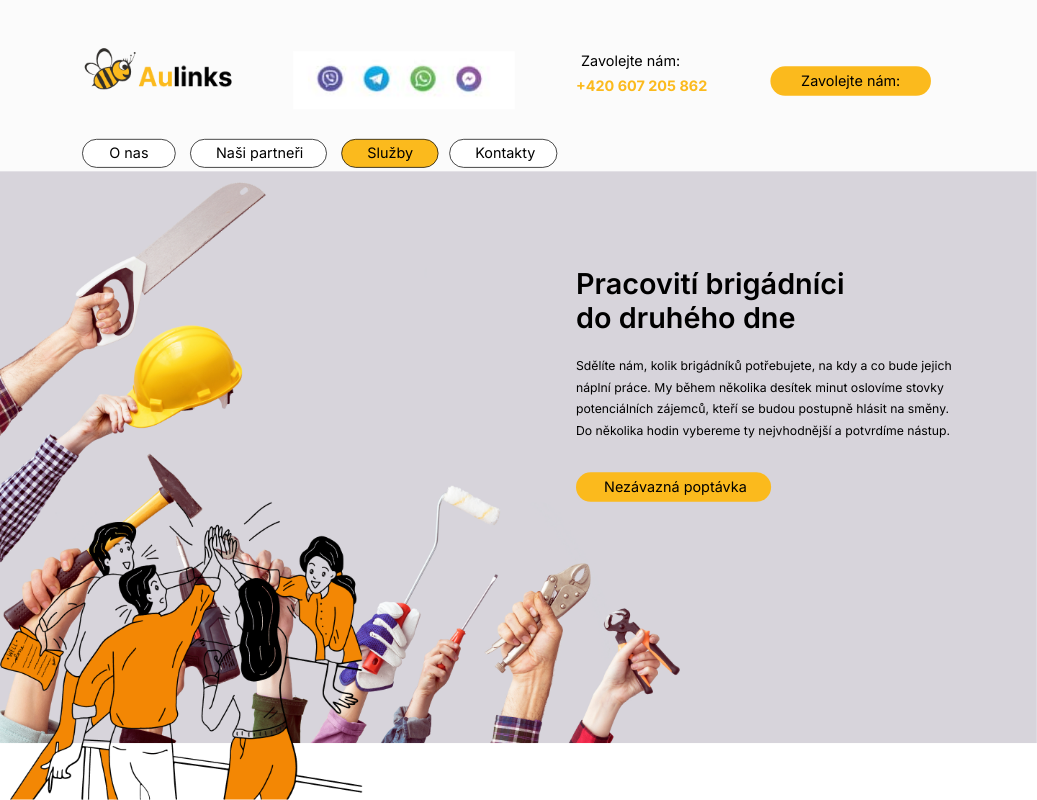
Repository: bilday08/bilday08.github.io
Page: page2.html
These files come from the project's save history. The page is drawn as it stood at one moment and after the next save; the edit follows.
The browser window is 1280 px wide. The page is 1440 px wide, so the pictures cover 1440 px, including what lies to the right of the window. The pictures show the whole page, at 72% of full size.

Above is the page before, as saved 2022-10-16 00:33:19.

### page2.html
<!DOCTYPE html>
<html>
<head>
    <meta charset= utf-8 />
    <meta http-equiv="X-UA-Compatible" content="IE=edge">
    <meta name="viewport" content="width=device-width, initial-scale=1.0">
    <link href="./reset.css" rel="stylesheet"/>
    <link href="./style2.css" rel="stylesheet"/>
    <link href="./responsive2.css" rel="stylesheet"/>
    <link
    rel="stylesheet"
    href="https://cdnjs.cloudflare.com/ajax/libs/font-awesome/6.2.0/css/all.min.css"
    integrity="sha512-xh6O/CkQoPOWDdYTDqeRdPCVd1SpvCA9XXcUnZS2FmJNp1coAFzvtCN9BmamE+4aHK8yyUHUSCcJHgXloTyT2A=="
    crossorigin="anonymous"
    referrerpolicy="no-referrer" />
    <title>aulinks2</title>
    <link rel="preconnect" href="https://fonts.googleapis.com">
    <link rel="preconnect" href="https://fonts.gstatic.com" crossorigin>
    <link href="https://fonts.googleapis.com/css2?family=Inter:wght@400;600;700;900&display=swap" rel="stylesheet">
    <link
    href="https://cdn.jsdelivr.net/npm/bootstrap@5.2.2/dist/css/bootstrap.min.css"
    rel="stylesheet"
    integrity="sha384-Zenh87qX5JnK2Jl0vWa8Ck2rdkQ2Bzep5IDxbcnCeuOxjzrPF/et3URy9Bv1WTRi"
    crossorigin="anonymous">
    <link
    href="https://cdn.jsdelivr.net/npm/bootstrap@5.2.2/dist/css/bootstrap.min.css"
    rel="stylesheet"
    integrity="sha384-Zenh87qX5JnK2Jl0vWa8Ck2rdkQ2Bzep5IDxbcnCeuOxjzrPF/et3URy9Bv1WTRi"
    crossorigin="anonymous">
</head>
<body>
    <div class="wrapper">
        <herder class="herder">
            <div class="container-top">
                <img srcset="./images/logo.png 2x" alt="#" class="herder-log"/>
                <div class="herder-log--2">
                    <img src="./images/Aulinks.png" alt="#" class="herder-log--line"/>
                    <img src="./images/Menu Rounded.png" alt="#" class="herder-log-menu">
                </div>
                <div class="herder-images">
                    <img src="./images/1.png" alt="#" class="herder-images--contact"/>
                </div>
                <div class="herder-phone">
                    <span class="herder-phone--text">Zavolejte nám:</span>
                    <span class="herder-phone--number">+420 607 205 862</span>
                </div>
                <div class="herder-button">
                    <a href="#" class="herder-button--brand">Zavolejte nám:</a>
                </div>
                <div class="herder-button--bottom">
                    <a href="#" class="herder-button--bottom1">O nas</a>
                    <a href="#" class="herder-button--bottom2">Naši partneři</a>
                    <a href="#" class="herder-button--bottom3">Služby</a>
                    <a href="#" class="herder-button--bottom4">Kontakty</a>
                </div>
                <div class="container-center">
                    <h1 class="herder-background--content1">Pracovití brigádníci do druhého dne</h1>
                    <p class="herder-background--content2">
                    Sdělíte nám, kolik brigádníků potřebujete, na kdy a co bude jejich náplní práce.
                    My během několika desítek minut oslovíme stovky potenciálních zájemců, kteří se
                    budou postupně hlásit na směny. Do několika hodin vybereme ty nejvhodnější a potvrdíme nástup.
                    </p>
                    <div class="herder-background--button">
                        <a href="#" class="herder-backgroud--button1">Nezávazná poptávka</a>
                    </div>
                    <div class="container-top--center">
                        <img src="./images/page2(1).png" alt="#" class="herder-images--top_center"/>
                    </div>
<script
src="https://cdn.jsdelivr.net/npm/@popperjs/core@2.11.6/dist/umd/popper.min.js"
integrity="sha384-oBqDVmMz9ATKxIep9tiCxS/Z9fNfEXiDAYTujMAeBAsjFuCZSmKbSSUnQlmh/jp3"
crossorigin="anonymous"></script>
<script
src="https://cdn.jsdelivr.net/npm/bootstrap@5.2.2/dist/js/bootstrap.min.js"
integrity="sha384-IDwe1+LCz02ROU9k972gdyvl+AESN10+x7tBKgc9I5HFtuNz0wWnPclzo6p9vxnk"
crossorigin="anonymous"></script>
</body>
</html>

### style2.css
*{
    box-sizing: border-box;
    font-family: 'Inter', sans-serif;
    margin: 0;
    padding: 0;
}
.wrapper{
    max-width: 1440px;
}
  /*hedder*/
.container-top{
    max-width: 1440px;
    height: 410px;
    background-image: url(./images/Rectangle\ 8\ \(7\).png);
    background-repeat: no-repeat;
    background-size: auto;
    position: absolute;
}
.herder-log{
    position: absolute;
    width: 78px;
    height: 71px;
    margin-top: 60px;
    margin-left: 114px;
}
.herder-log--line{
    width: 130px;
    height: 30px;
    margin-left: 192px;
    margin-top: 91px;
}
.herder-log-menu{
    width: 30px;
    height: 30px;
    display: none;
}
.herder-images--contact{
    width: 308.12px;
    height: 81.11px;
    margin-left: 407px;
    margin-top: -50px;
}
.herder-phone--text{
    display: block;
    width: 145px;
    height: 30px;
    font-weight: 400;
    font-size: 20px;
    line-height: 24px;
    color: black;
    margin-left: 807px;
    margin-top: -79px;
    margin-right: 491px;
}
.herder-phone--number{
    display: block;
    width: 185px;
    height: 24px;
    font-weight: 700;
    font-size: 20px;
    line-height: 24px;
    color: #FBBA1D;
    margin: 4px 455px 0 800px;
}
.herder-button--brand{
   text-align: center;
   text-decoration: none;
   padding: 8px 39px;
   color: black;
   background-color: #FBBA1D;
   width: 223px;
   height: 41px;
   font-weight: 400;
   font-size: 20px;
   line-height: 24px;
   border-radius: 30px;
   margin-top: -39px;
   margin-left: 1070px;
   display: block;
}
.herder-button--bottom1{
   text-decoration: none;
   text-align: center;
   display: block;
   color: black;
   background-color: white;
   padding: 7px 35px;
   width: 130px;
   height: 40px;
   font-weight: 400;
   font-size: 20px;
   line-height: 24px;
   border-radius: 30px;
   border: 1px solid #000000;
   margin-top: 60px;
   margin-left: 114px;
}
.herder-button--bottom2{
   text-decoration: none;
   text-align: center;
   display: block;
   color: black;
   background-color: white;
   padding: 7px 35px;
   width: 190px;
   height: 40px;
   font-weight: 400;
   font-size: 20px;
   line-height: 24px;
   border-radius: 30px;
   border: 1px solid #000000;
   margin-top: -40px;
   margin-left: 264px;
   white-space: nowrap;
}
.herder-button--bottom3{
   text-decoration: none;
   text-align: center;
   display: block;
   color: black;
   background-color: #FBBA1D;
   padding: 7px 35px;
   width: 135px;
   height: 40px;
   font-weight: 400;
   font-size: 20px;
   line-height: 24px;
   border-radius: 30px;
   border: 1px solid #000000;
   margin-top: -40px;
   margin-left: 474px;
}
.herder-button--bottom4{
   text-decoration: none;
   text-align: center;
   display: block;
   color: black;
   background-color: white;
   padding: 7px 35px;
   width: 150px;
   height: 40px;
   font-weight: 400;
   font-size: 20px;
   line-height: 24px;
   border-radius: 30px;
   border: 1px solid #000000;
   margin-top: -40px;
   margin-left: 624px;
}
.container-center{
    position: absolute;
    width: 1440px;
}
.herder-background--content1{
    width: 427px;
    height: 95px;
    font-weight: 600;
    font-size: 40px;
    line-height: 48px;
    color: #000000;
    margin-left: 113px;
    margin-top: 349px;
}
.herder-background--content2{
    width: 535px;
    height: 120px;
    font-weight: 400;
    font-size: 17px;
    line-height: 30px;
    color: #000000;
    margin-top: 28px;
    margin-left: 113px;
}
.herder-backgroud--button1{
   text-decoration: none;
   text-align: center;
   display: block;
   padding: 8px 39px;
   color: black;
   background-color: #FBBA1D;
   width: 271px;
   height: 41px;
   font-weight: 400;
   font-size: 20px;
   line-height: 24px;
   border-radius: 30px;
   margin-top: 43px;
   margin-left: 113px;
   white-space: nowrap;
}

### responsive2.css
*{
    box-sizing: border-box;
    font-family: 'Inter', sans-serif;
    margin: 0;
    padding: 0;
}
.wrapper{
    max-width: 1440px;
}
  /*hedder*/
.container-top{
    max-width: 1440px;
    height: 410px;
    background-image: url(./images/Rectangle\ 8\ \(3\).png);
    background-repeat: no-repeat;
    background-size: auto;
    position: absolute;
}
.herder-log{
    position: absolute;
    width: 78px;
    height: 71px;
    margin-top: 60px;
    margin-left: 114px;
}
.herder-log--line{
    width: 130px;
    height: 30px;
    margin-left: 192px;
    margin-top: 91px;
}
.herder-log-menu{
    width: 30px;
    height: 30px;
    display: none;
}
.herder-images--contact{
    width: 308.12px;
    height: 81.11px;
    margin-left: 407px;
    margin-top: -50px;
}
.herder-phone--text{
    display: block;
    width: 145px;
    height: 30px;
    font-weight: 400;
    font-size: 20px;
    line-height: 24px;
    color: black;
    margin-left: 807px;
    margin-top: -79px;
    margin-right: 491px;
}
.herder-phone--number{
    display: block;
    width: 185px;
    height: 24px;
    font-weight: 700;
    font-size: 20px;
    line-height: 24px;
    color: #FBBA1D;
    margin: 4px 455px 0 800px;
}
.herder-button--brand{
   text-align: center;
   text-decoration: none;
   padding: 8px 39px;
   color: black;
   background-color: #FBBA1D;
   width: 223px;
   height: 41px;
   font-weight: 400;
   font-size: 20px;
   line-height: 24px;
   border-radius: 30px;
   margin-top: -39px;
   margin-left: 1070px;
   display: block;
}
.herder-button--bottom1{
   text-decoration: none;
   text-align: center;
   display: block;
   color: black;
   background-color: white;
   padding: 7px 35px;
   width: 130px;
   height: 40px;
   font-weight: 400;
   font-size: 20px;
   line-height: 24px;
   border-radius: 30px;
   border: 1px solid #000000;
   margin-top: 60px;
   margin-left: 114px;
}
.herder-button--bottom2{
   text-decoration: none;
   text-align: center;
   display: block;
   color: black;
   background-color: white;
   padding: 7px 35px;
   width: 190px;
   height: 40px;
   font-weight: 400;
   font-size: 20px;
   line-height: 24px;
   border-radius: 30px;
   border: 1px solid #000000;
   margin-top: -40px;
   margin-left: 264px;
   white-space: nowrap;
}
.herder-button--bottom3{
   text-decoration: none;
   text-align: center;
   display: block;
   color: black;
   background-color: #FBBA1D;
   padding: 7px 35px;
   width: 135px;
   height: 40px;
   font-weight: 400;
   font-size: 20px;
   line-height: 24px;
   border-radius: 30px;
   border: 1px solid #000000;
   margin-top: -40px;
   margin-left: 474px;
}
.herder-button--bottom4{
   text-decoration: none;
   text-align: center;
   display: block;
   color: black;
   background-color: white;
   padding: 7px 35px;
   width: 150px;
   height: 40px;
   font-weight: 400;
   font-size: 20px;
   line-height: 24px;
   border-radius: 30px;
   border: 1px solid #000000;
   margin-top: -40px;
   margin-left: 624px;
}
.container-center{
    position: absolute;
    width: 1440px;
    height: 794px;
    background-image: url(./images/2.png);
    background-size: 100%;
    background-repeat: no-repeat;
    margin-top: 5px;
}
.herder-background--content1{
    width: 427px;
    height: 95px;
    font-weight: 600;
    font-size: 40px;
    line-height: 48px;
    color: #000000;
    margin-left: 800px;
    margin-top: 132px;
}
.herder-background--content2{
    width: 535px;
    height: 120px;
    font-weight: 400;
    font-size: 17px;
    line-height: 30px;
    color: #000000;
    margin-top: 28px;
    margin-left: 800px;
}
.herder-backgroud--button1{
   text-decoration: none;
   text-align: center;
   display: block;
   padding: 8px 39px;
   color: black;
   background-color: #FBBA1D;
   width: 271px;
   height: 41px;
   font-weight: 400;
   font-size: 20px;
   line-height: 24px;
   border-radius: 30px;
   margin-top: 43px;
   margin-left: 800px;
   white-space: nowrap;
}
.herder-images--top_center{
    max-width: 100%;
    height: auto;
}
.center-button--white{
    text-decoration: none;
    max-width: 1093px;
    height: 313px;
    background-color:#FFFFFF;
    border-radius: 81px;
    display: block;
    margin-top: 165px;
    margin-left: 162px;
    margin-right: 185px;
    padding-top: 78px;
}
.center-button--first1{
    display: block;
    font-weight: 600;
    font-size: 100px;
    line-height: 121px;
    color: #646464;
    margin-left: 49px;
}
.center-button--first2{
    width: 240px;
    height: 33px;
    display: block;
    font-weight: 400;
    font-size: 30px;
    line-height: 30px;
    color: #000000;
    margin-left: 62px;
    margin-bottom: 78px;
}
.center-button--second1{
    width: 224px;
    height: 124px;
    font-style: normal;
    font-weight: 600;
    font-size: 100px;
    line-height: 121px;
    color: #646464;
    margin-left: 437px;
    margin-top: -235px;
    display: block;
}
.center-button--second2{
    display: block;
    position: absolute;
    font-style: normal;
    font-weight: 400;
    font-size: 30px;
    line-height: 30px;
    color: black;
    margin-left: 515px;
    margin-bottom: 78px;
}
.center-button--third1{
    display: block;
    font-weight: 600;
    font-size: 100px;
    line-height: 121px;
    color: #646464;
    margin-left: 838px;
    margin-top: -127px;
}
.center-button--third2{
    display: block;
    position: absolute;
    font-style: normal;
    font-weight: 400;
    font-size: 30px;
    line-height: 30px;
    color: black;
    margin-left: 868px;
    margin-top: 6px;
}
 /*main*/
.global-heading{
    max-width: 418px;
    height: 95px;
    font-weight: 600;
    font-size: 40px;
    line-height: 48px;
    color: #000000;
    margin-top: 213px;
    margin-left: 113px;
}
.global-text{
    font-weight: 400;
    font-size: 17px;
    line-height: 30px;
    color: #000000;
    max-width: 432px;
    height: 189px;
    margin-left: 113px;
    margin-top: 41px;
}
.service-button--first{
    text-decoration: none;
    text-align: center;
    display: block;
    padding: 8px 39px;
    color: black;
    background-color: #FBBA1D;
    width: 271px;
    height: 41px;
    font-weight: 400;
    font-size: 20px;
    line-height: 24px;
    border-radius: 30px;
    white-space: nowrap;
    margin-left: 113px;
}
.service-images--first{
    width: 583px;
    height: 360px;
    display: block;
    margin-top: -338px;
    margin-left: 750px;
}
.service-images--sencond{
    width: 544px;
    height: 312px;
    display: block;
    margin-top: 143px;
    margin-left: 113px;
}
.global-heading2{
    max-width: 418px;
    height: 95px;
    font-weight: 600;
    font-size: 40px;
    line-height: 48px;
    color: #000000;
    margin-top: -360px;
    margin-left: 750px;
}
.global-text2{
    font-weight: 400;
    font-size: 17px;
    line-height: 30px;
    color: #000000;
    max-width: 432px;
    height: 189px;
    margin-left: 750px;
    margin-top: 41px;
}
.service-button--second{
    text-decoration: none;
    text-align: center;
    display: block;
    padding: 8px 39px;
    color: black;
    background-color: #FBBA1D;
    width: 271px;
    height: 41px;
    font-weight: 400;
    font-size: 20px;
    line-height: 24px;
    border-radius: 30px;
    white-space: nowrap;
    margin-left: 750px;
}
.container-brand{
    background-image: url(./images/Rectangle\ 7.png);
    background-repeat: no-repeat;
    background-size: auto;
    position: absolute;
    width: 1440px;
    height: 429px;
    margin-top: 164px;
}
.brand-images1{
    margin-top: 227px;
    margin-left: 128px;
}
.brand-images2{
    margin-top: 237px;
    margin-left: 43px;
}
.brand-images3{
    margin-top: 231px;
    margin-left: 43px;
}
.brand-images4{
    margin-top: 256px;
    margin-left: 43px;
}
.brand-images5{
    margin-top: 233px;
    margin-left: 43px;
}
.brand-images6{
    margin-top: 253px;
    margin-left: 43px;
}
.titles-icon{
    width: 738px;
    height: 56px;
    font-weight: 600;
    font-size: 40px;
    line-height: 48px;
    color: #000000;
    margin-top: 712px;
    margin-left: 351px;
}
.icon-images1{
    width: 117px;
    height: 108px;
    margin-left: 230px;
    margin-top: 94px;
}
.icon-images2{
    width: 92px;
    height: 93px;
    margin-left: 98px;
    margin-top: 101px;
}
.icon-images3{
    width: 119px;
    height: 128px;
    margin-left: 135px;
    margin-top: 88px;
}
.icon-images4{
    width: 119px;
    height: 126px;
    margin-left: 127px;
    margin-top: 88px;
}
.icon-images5{
    width: 116px;
    height: 101px;
    margin-left: 90px;
    margin-top: 99px;
}
.icon-text1{
    text-align: center;
    display: block;
    width: 83px;
    height: 33px;
    font-weight: 400;
    font-size: 30px;
    line-height: 30px;
    color: #000000;
    margin-top: 25px;
    margin-left: 247px;
}
.icon-text2{
    text-align: center;
    display: block;
    width: 211px;
    height: 33px;
    font-weight: 400;
    font-size: 30px;
    line-height: 30px;
    color: #000000;
    margin-top: -33px;
    margin-left: 386px;
}
.icon-text3{
    text-align: center;
    display: block;
    width: 191px;
    height: 33px;
    font-weight: 400;
    font-size: 30px;
    line-height: 30px;
    color: #000000;
    margin-top: -33px;
    margin-left: 636px;
}
.icon-text4{
    text-align: center;
    display: block;
    width: 222px;
    height: 33px;
    font-weight: 400;
    font-size: 30px;
    line-height: 30px;
    color: #000000;
    margin-top: -33px;
    margin-left: 866px;
}
.icon-text5{
    text-align: center;
    display: block;
    width: 91px;
    height: 33px;
    font-weight: 400;
    font-size: 30px;
    line-height: 30px;
    color: #000000;
    margin-top: -33px;
    margin-left: 1140px;
}
.login-box{
    width: 692px;
    height: 530px;
    border: 1px solid #FBBA1D;
    border-radius: 42px;
    margin-top: 299px;
    margin-left: 113px;
}
.box-heading{
    height: 119px;
    width: 537px;
    font-weight: 600;
    font-size: 40px;
    line-height: 35px;
    color: #000000;
    margin-top: 46px;
    margin-left: 78px;
}
.box-text{
    height: 119px;
    width: 537px;
    font-weight: 400;
    font-size: 17px;
    line-height: 30px;
    color: #000000;
    margin-top: -65px;
    margin-left: 78px;
}
.titles1{
    display: block;
    font-weight: 400;
    font-size: 17px;
    color: #646464;
    line-height: 67px;
    margin-top: -357px;
    margin-left: 189px;
}
.titles2{
    display: block;
    font-weight: 400;
    font-size: 17px;
    color: #646464;
    line-height: 67px;
    margin-left: 189px
}
.titles3{
    display: block;
    font-weight: 400;
    font-size: 17px;
    color: #646464;
    line-height: 67px;
    margin-left: 189px
}
.underlined1{
    display: block;
    position: absolute;
    width: 541px;
    height: 0px;
    border: 1px solid #000000;
    margin-left: 189px;
}
.underlined2{
    display: block;
    position: absolute;
    width: 541px;
    height: 0px;
    border: 1px solid #000000;
    margin-left: 189px
}
.underlined3{
    display: block;
    position: absolute;
    width: 541px;
    height: 0px;
    border: 1px solid #000000;
    margin-left: 189px
}
.login-login--button{
    text-decoration: none;
    text-align: center;
    display: block;
    padding: 8px 103px;
    color: black;
    background-color: #FBBA1D;
    width: 271px;
    height: 41px;
    font-weight: 400;
    font-size: 20px;
    line-height: 24px;
    border-radius: 30px;
    white-space: nowrap;
    margin-top: 54px;
    margin-left: 324px;
}
.login-contact--number{
    display: block;
    width: 476px;
    height: 37px;
    font-weight: 900;
    font-size: 50px;
    line-height: 30px;
    color: #FBBA1D;
    margin-left: 854px;
    margin-top: -280px;
}
.login-contact--text{
    display: block;
    width: 172px;
    height: 33px;
    font-weight: 400;
    font-size: 20px;
    line-height: 30px;
    margin-left: 854px;
    margin-top: 26px;
}
.login-contact--images{
    width: 308px;
    height: 89px;
    margin-left: 827px;
    margin-top: 20px;
}
.container-bottom{
    width: 1440px;
    height: 338px;
    background: #FBFBFB;
    font-family: 'Inter', sans-serif;
    background-image: url(./images/Rectangle\ 10\ \(2\).png);
}
.footer-logo1{
    width: 78px;
    height: 71px;
    margin-top: 57px;
    margin-left: 113px;
}
.footer-logo2{
    width: 130px;
    height: 30px;
    margin-top: 78px;
}
.footer-text1{
    display: block;
    font-weight: 400;
    font-size: 17px;
    line-height: 30px;
    color: #000000;
    margin-left: 113px;
    margin-top: 90px;
}
.footer-text2{
    display: block;
    font-weight: 400;
    font-size: 17px;
    line-height: 30px;
    color: #000000;
    margin-left: 113px;
    margin-top: 4px;
}
.footer-text3{
    width: 319px;
    height: 63px;
    display: block;
    font-weight: 400;
    font-size: 17px;
    line-height: 30px;
    color: #000000;
    margin-left: 559px;
    margin-top:-200px;
}
.footer-text4{
    width: 145px;
    height: 30px;
    display: block;
    font-weight: 400;
    font-size: 17px;
    line-height: 30px;
    color: #000000;
    margin-left: 559px;
    margin-top: 58px;
}
.footer-number{
    width: 369px;
    height: 48px;
    font-weight: 700;
    font-size: 40px;
    line-height: 48px;
    color: #FBBA1D;
    margin-left: 559px;
}
.bottom1{
    text-decoration: none;
    text-align: center;
    display: block;
    color: black;
    background-color: white;
    padding: 7px 35px;
    width: 130px;
    height: 40px;
    font-weight: 400;
    font-size: 20px;
    line-height: 24px;
    border-radius: 30px;
    border: 1px solid #000000;
    margin: -220px 170px 16px 1140px;
}
.bottom2{
    text-decoration: none;
    text-align: center;
    display: block;
    color: black;
    background-color: white;
    padding: 7px 35px;
    width: 190px;
    height: 40px;
    font-weight: 400;
    font-size: 20px;
    line-height: 24px;
    border-radius: 30px;
    border: 1px solid #000000;
    margin: 16px 170px 16px 1140px;
    white-space: nowrap;
}
.bottom3{
    text-decoration: none;
    text-align: center;
    display: block;
    color: black;
    background-color: white;
    padding: 7px 35px;
    width: 150px;
    height: 40px;
    font-weight: 400;
    font-size: 20px;
    line-height: 24px;
    border-radius: 30px;
    border: 1px solid #000000;
    margin: 16px 170px 16px 1140px;
}
.bottom-yellow{
    text-decoration: none;
    text-align: center;
    display: block;
    color: black;
    background-color: #FBBA1D;
    padding: 7px 35px;
    width: 135px;
    height: 40px;
    font-weight: 400;
    font-size: 20px;
    line-height: 24px;
    border-radius: 30px;
    border: 1px solid #000000;
    margin: 16px 170px 16px 1140px;
}

Loaded but not shown: reset.css (common file)

After the next save:
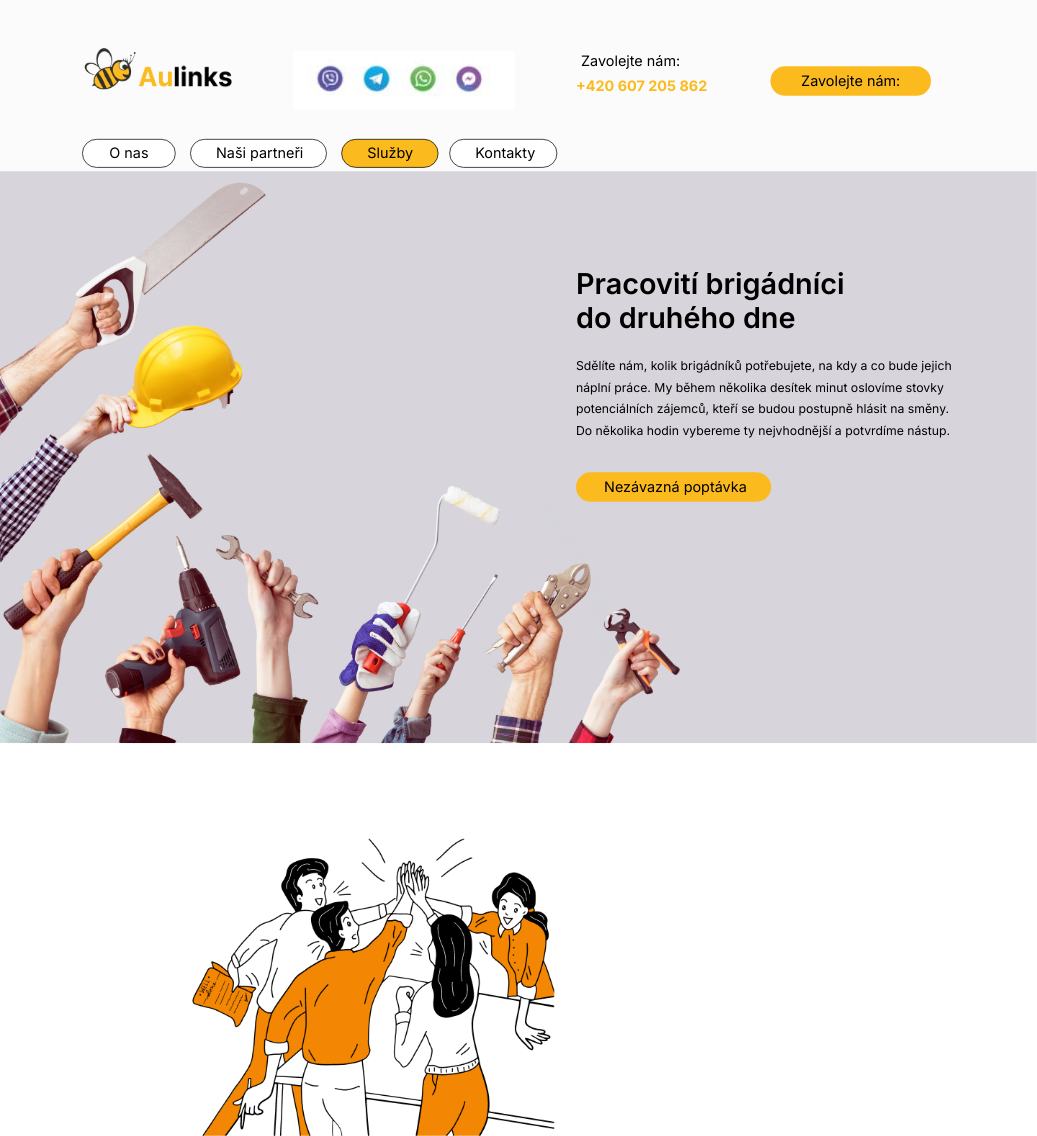
Saved 81 s later.
--- a/style2.css
+++ b/style2.css
@@ -188,3 +188,9 @@
    margin-left: 113px;
    white-space: nowrap;
 }
+.herder-images--top_center{
+    max-width: 100%;
+    height: auto;
+    margin-left: 267px;
+    margin-top: 467px;
+}
